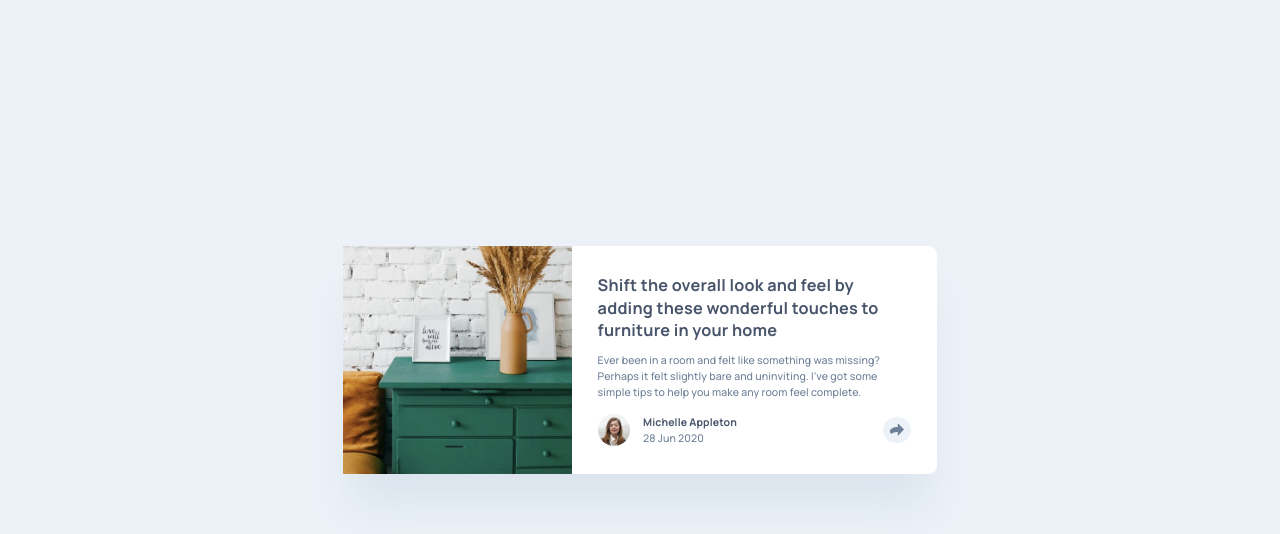
Repository: brandontaylor1/article-preview-component
Page: index.html
These files come from the project's save history. The page is drawn as it stood at one moment and after the next save; the edit follows.
The browser window is 1280 px wide. The pictures show the whole page.

Above is the page before, as saved 2025-01-15 16:55:27.

After the next save:
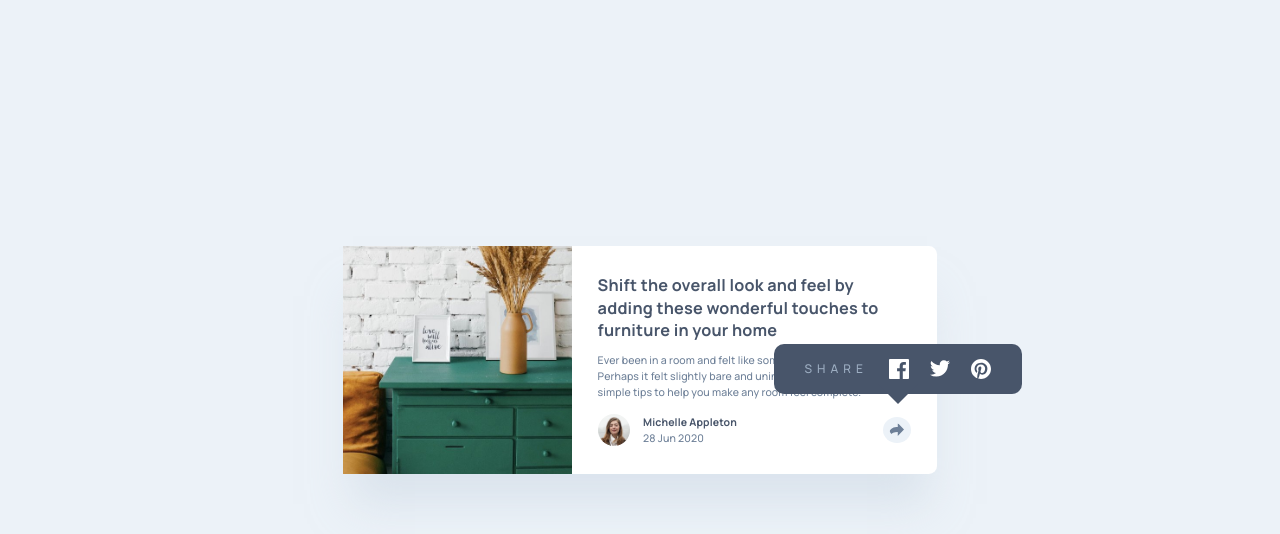
Saved 15 s later.
--- a/styles.css
+++ b/styles.css
@@ -150,7 +150,7 @@ body {
 }
 
 .share-box {
-    display: none !important;
+    /* display: none !important; */
     height: 50px;
     width: 248px;
     background-color: #48556A;
